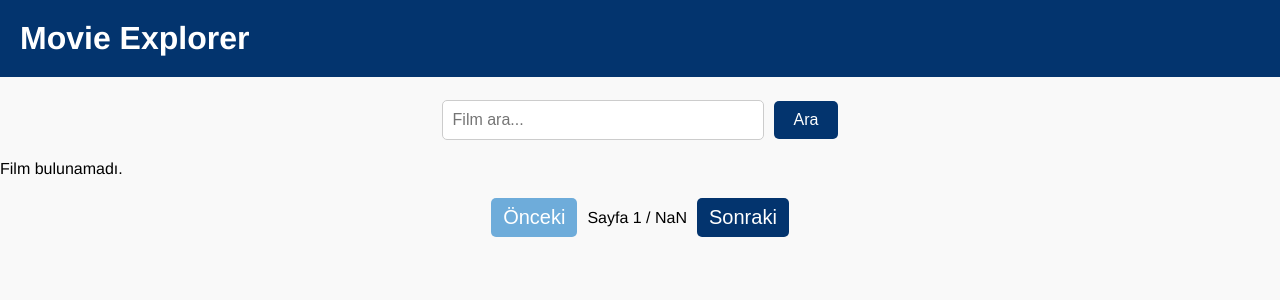
Repository: denizdizi/movie-explorer
Page: /
The author's editor kept a copy of each file at every save. The page is drawn from the files as they stood at one save, then again after the next save.
The browser window is 1280 px wide. The pictures show the whole page.
The page's requests for data from a server got no answer. The project was rebuilt for these pictures with package versions that can differ from the ones it lists, and the page was loaded fresh each time. No one was signed in, and anything a server would have sent is missing. Also part of the build but not shown: src/App.css, src/components/MovieCard.js.

Above is the page before, as saved 2025-03-28 22:33:22.

After the next save:
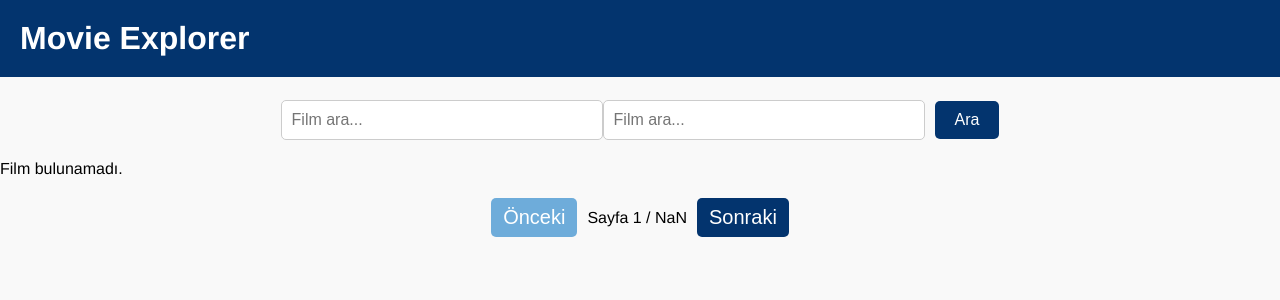
Saved 23 s later.
--- a/src/components/SearchBar.js
+++ b/src/components/SearchBar.js
@@ -22,6 +22,13 @@ const SearchBar = () => {
           className="search-input"
         />
         </div>
+        <div className="col-lg-3 align-left">
+        <input
+          type="text"
+          placeholder="Film ara..."
+          className="search-input"
+        />
+        </div>
 
       </div>
       <button type="submit" className="search-btn">
